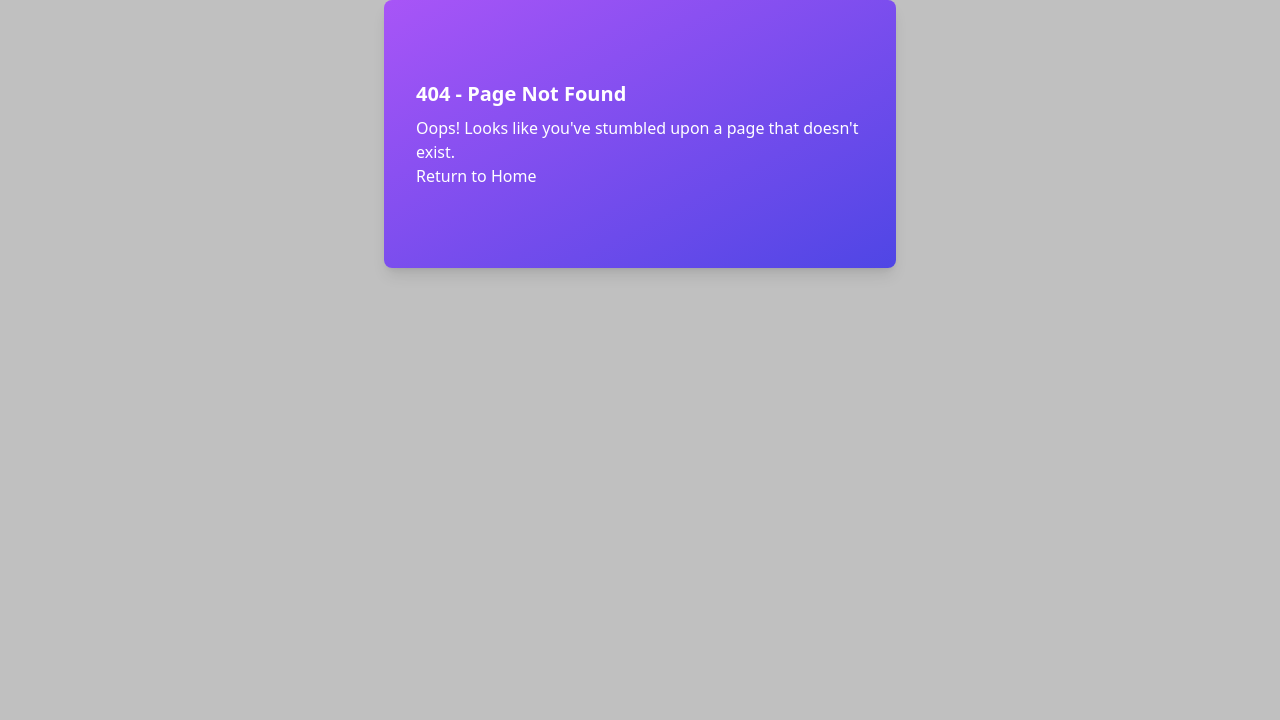
Repository: shaafsalman/product-Management-MERN
Page: /home (app in frontend/)
An editor plug-in stored every save of this project. The page is shown before and after the next save, followed by the edit.
The browser window is 1280 px wide. The pictures show the whole page.
The project was rebuilt for these pictures with package versions that can differ from the ones it lists, and the page was loaded fresh each time. Also part of the build but not shown: frontend/vite.config.js, frontend/src/Pages/Login.jsx, frontend/src/Pages/SighnUp.jsx.

Above is the page before, as saved 2024-05-14 00:47:53.

### frontend/src/App.jsx
import React from 'react';
import { BrowserRouter as Router, Routes, Route, Navigate } from 'react-router-dom';
import Login from "./Pages/Login"
import Signup from "./Pages/SighnUp"
import NoPage from './Pages/NoPage';
const App = () => {
  return (
    <div className="App">
      <Router>
        <div>
          <Routes>
            <Route path="/" element={<Login/>} />
            <Route path="/login" element={<Login />} />
            <Route path="/login" element={<Login />} />
            <Route path="/signup" element={<Signup />} />
            <Route path="/register" element={<Signup />} />
            <Route path="/*" element={<NoPage />} />
          </Routes>
        </div>
      </Router>
    </div>
  );
};


export default App;

### frontend/src/index.css
@tailwind base;
@tailwind components;
@tailwind utilities;


*
{
  margin: 0;
  padding: 0;
  box-sizing: border-box;
}

body,html
{
  background-color:silver
}

### frontend/src/Pages/NoPage.jsx
import React from 'react';
import { Link } from 'react-router-dom';


const NoPage = () => {
  return (
    <div className="flex justify-center items-center h-full">
      <div className="max-w-lg rounded-lg overflow-hidden shadow-lg bg-gradient-to-br from-purple-500 to-indigo-600 transition duration-500 transform hover:scale-105">
        <div className="lg:px-8 lg:py-20 px-6 py-12">
          <div className="font-bold text-xl text-white mb-2">404 - Page Not Found</div>
          <p className="text-white text-base">Oops! Looks like you've stumbled upon a page that doesn't exist.</p>
          <p className="text-white text-base">Return to <Link to="/home" >Home</Link></p>
        </div>
      </div>
    </div>
  );
};



export default NoPage;

Loaded but not shown: frontend/index.html (common file); frontend/src/main.jsx (common file); frontend/tailwind.config.js (common file)

After the next save:
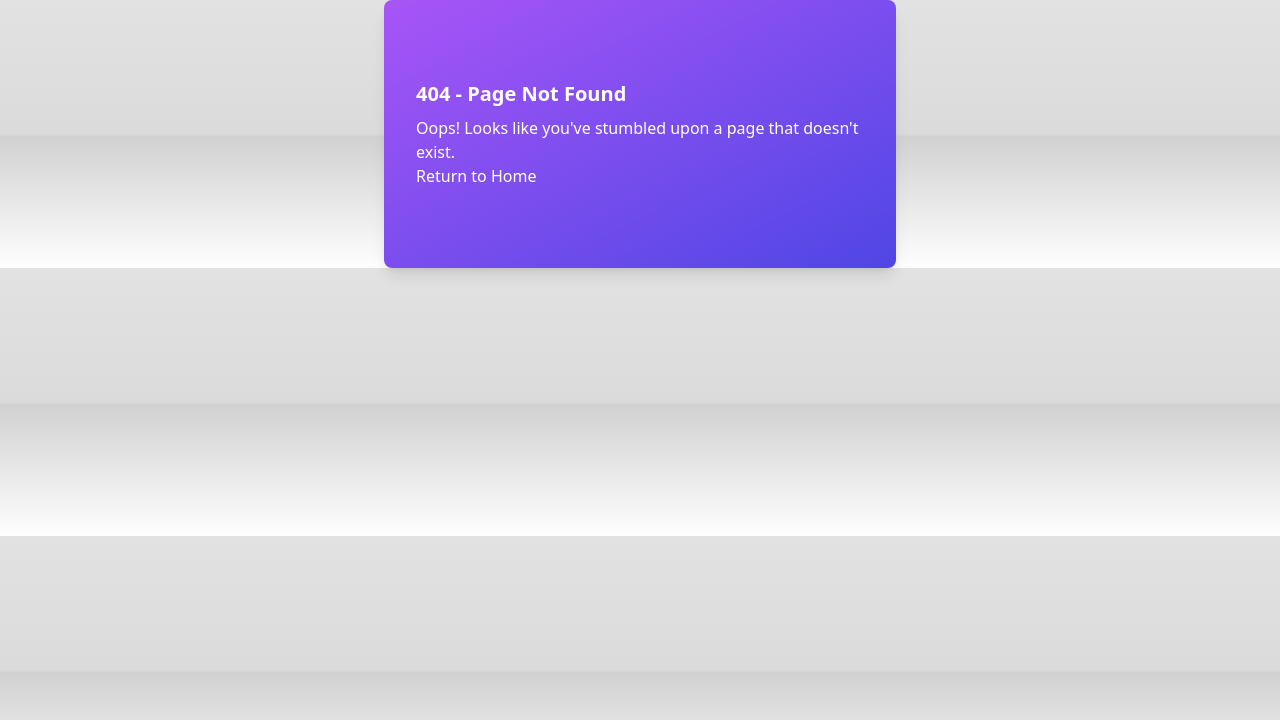
Saved 2 min 15 s later.
--- a/frontend/src/index.css
+++ b/frontend/src/index.css
@@ -12,5 +12,6 @@
 
 body,html
 {
-  background-color:silver
+  background: linear-gradient(to bottom, #e2e2e2 0%,#dbdbdb 50%,#d1d1d1 51%,#fefefe 100%)
+
 }
